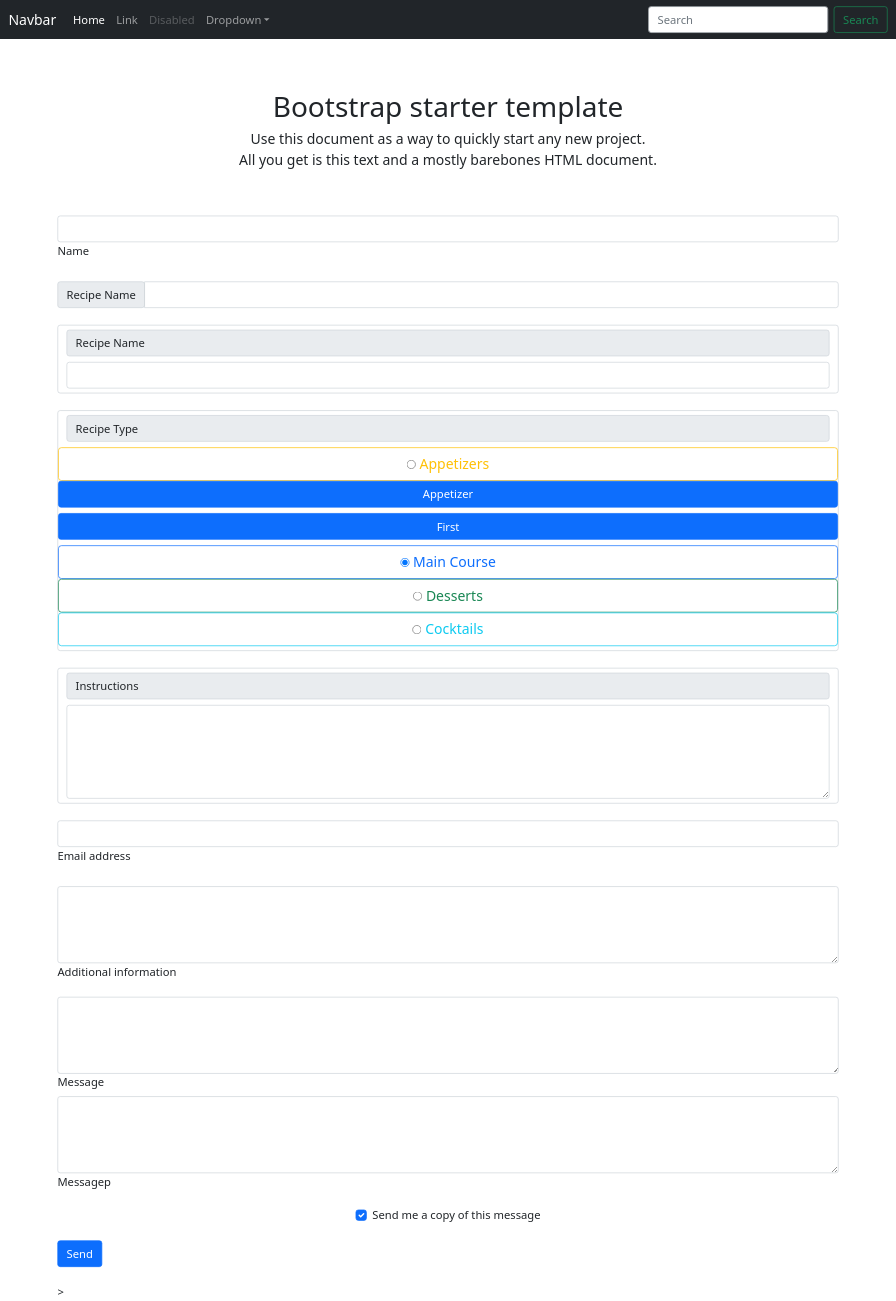
Repository: jerrywthompson/createRecipeWebpageHTML
Page: index.html
The author's editor kept a copy of each file at every save. The page is drawn from the files as they stood at one save, then again after the next save.
The browser window is 1280 px wide. The pictures show the whole page, at 70% of full size.

Above is the page before, as saved 2021-02-23 23:02:48.

### index.html
<!doctype html>
<html lang="en">
    <head>
        <meta charset="utf-8">
        <meta name="viewport" content="width=device-width, initial-scale=1">
        <meta name="description" content="">
        <meta name="author" content="Mark Otto, Jacob Thornton, and Bootstrap contributors">
        <meta name="generator" content="Hugo 0.80.0">
        <title>Starter Template · Bootstrap v5.0</title>

        <link rel="canonical" href="https://getbootstrap.com/docs/5.0/examples/starter-template/">



        <!-- Bootstrap core CSS -->
        <link href="../assets/dist/css/bootstrap.min.css" rel="stylesheet">

        <style>
            .bd-placeholder-img {
                font-size: 1.125rem;
                text-anchor: middle;
                -webkit-user-select: none;
                -moz-user-select: none;
                user-select: none;
            }

            @media (min-width: 768px) {
                .bd-placeholder-img-lg {
                    font-size: 3.5rem;
                }
            }
        </style>


        <!-- Custom styles for this template -->
        <link href="starter-template.css" rel="stylesheet">
    </head>
    <body>

        <nav class="navbar navbar-expand-md navbar-dark bg-dark fixed-top">
            <div class="container-fluid">
                <a class="navbar-brand" href="#">Navbar</a>
                <button class="navbar-toggler" type="button" data-bs-toggle="collapse" data-bs-target="#navbarsExampleDefault" aria-controls="navbarsExampleDefault" aria-expanded="false" aria-label="Toggle navigation">
                    <span class="navbar-toggler-icon"></span>
                </button>

                <div class="collapse navbar-collapse" id="navbarsExampleDefault">
                    <ul class="navbar-nav me-auto mb-2 mb-md-0">
                        <li class="nav-item">
                            <a class="nav-link active" aria-current="page" href="#">Home</a>
                        </li>
                        <li class="nav-item">
                            <a class="nav-link" href="#">Link</a>
                        </li>
                        <li class="nav-item">
                            <a class="nav-link disabled" href="#" tabindex="-1" aria-disabled="true">Disabled</a>
                        </li>
                        <li class="nav-item dropdown">
                            <a class="nav-link dropdown-toggle" href="#" id="dropdown01" data-bs-toggle="dropdown" aria-expanded="false">Dropdown</a>
                            <ul class="dropdown-menu" aria-labelledby="dropdown01">
                                <li><a class="dropdown-item" href="#">Action</a></li>
                                <li><a class="dropdown-item" href="#">Another action</a></li>
                                <li><a class="dropdown-item" href="#">Something else here</a></li>
                            </ul>
                        </li>
                    </ul>
                    <form class="d-flex">
                        <input class="form-control me-2" type="search" placeholder="Search" aria-label="Search">
                        <button class="btn btn-outline-success" type="submit">Search</button>
                    </form>
                </div>
            </div>
        </nav>



        <div class="starter-template text-center py-5 px-3">
            <h1>Bootstrap starter template</h1>
            <p class="lead">Use this document as a way to quickly start any new project.<br> All you get is this text and a mostly barebones HTML document.</p>
        </div>
        <main class="container">
            <div class="input-section">
                <fieldset class="form-group">

                    <form action="test.php" method="post">
                        <!-- Name input -->
                        <div class="form-outline mb-4">
                            <input type="text" name="recipeName" id="form4Example1" class="form-control" />
                            <label class="form-label" for="form4Example1">Name</label>
                        </div>

                        <div class="input-group mb-4">
                            <div class="input-group-prepend">
                                <span class="input-group-text" id="inputGroup-sizing-default">Recipe Name</span>
                            </div>
                            <input type="text" name="notes" class="form-control" aria-label="Default" aria-describedby="inputGroup-sizing-default">
                        </div>

                        <div class="form-control mb-4">
                            <div class="input-group-prepend mb-2">
                                <span class="input-group-text" id="inputGroup-sizing-default">Recipe Name</span>
                            </div>
                            <input type="text" name="notes" class="form-control" aria-label="Default" aria-describedby="inputGroup-sizing-default">
                        </div>

                        <div class="form-control mb-4">
                            <div class="input-group-prepend mb-2">
                                <span class="input-group-text" id="inputGroup-sizing-default">Recipe Type</span>
                            </div>
                            <div class="btn-toolbar row">
                                <label class="btn btn-outline-warning btn-lg">
                                    <input type="radio" name="recipeType" id="appetizers" value="appetizers" autocomplete="off" > Appetizers
                                </label>
                                <button type="button" name="recipeType" id="appetizers" value="appetizers" autocomplete="off" class="btn btn-primary mr-5 ml-3 mb-2"> Appetizer</button>
                                <button type="button" class="btn btn-primary mr-2 mb-2">First</button>

                                <label class="btn btn-outline-primary btn-lg ml-3">
                                    <input type="radio" name="recipeType" id="main_course" value="main_course" autocomplete="off" checked> Main Course
                                </label>
                                <label class="btn btn-outline-success btn-lg">
                                    <input type="radio" name="recipeType" id="desserts" value="desserts" autocomplete="off"> Desserts
                                </label>
                                <label class="btn btn-outline-info btn-lg">
                                    <input type="radio" name="recipeType" id="cocktails" value="cocktails" autocomplete="off"> Cocktails
                                </label>
                            </div>
                        </div>

                        <div class="form-control mb-4">
                            <div class="input-group-prepend mb-2">
                                <span class="input-group-text">Instructions</span>
                            </div>
                            <textarea class="form-control" name="instrucions" id="instrucions" rows="5"></textarea>
                        </div>

                        <!-- Email input -->
                        <div class="form-outline mb-4">
                            <input type="email" id="form4Example2" class="form-control" />
                            <label class="form-label" for="form4Example2">Email address</label>
                        </div>

                        <div class="form-outline mb-4">
                            <textarea class="form-control" id="form6Example7" rows="4"></textarea>
                            <label class="form-label-prepend" >Additional information</label>
                        </div>

                        <div class="form-outline">
                            <textarea class="form-control" id="textAreaExample" rows="4"></textarea>
                            <label class="form-label" for="textAreaExample">Message</label>
                          </div>

                        <!-- Message input -->
                        <div class="form-outline mb-4">
                            <textarea class="form-control" name="comments" id="form4Example3" rows="4"></textarea>
                            <label class="form-label-prepend" for="form4Example3">Messagep</label>
                        </div>

                        <!-- Checkbox -->
                        <div class="form-check d-flex justify-content-center mb-4">
                            <input
                                class="form-check-input me-2"
                                type="checkbox"
                                value=""
                                id="form4Example4"
                                checked
                                />
                            <label class="form-check-label" for="form4Example4">
                                Send me a copy of this message
                            </label>
                        </div>

                        <!-- Submit button -->
                        <button type="submit" class="btn btn-primary btn-block mb-4">Send</button>
                    </form>

</fieldset>>




                    <script src="../assets/dist/js/bootstrap.bundle.min.js"></script>


                    </body>
                    </html>
                    <a href="../flask_db4/flaskblog/templates/create_post.html"></a>

Loaded but not shown: assets/dist/css/bootstrap.min.css (library); starter-template.css (common file); assets/dist/js/bootstrap.bundle.min.js (library)

After the next save:
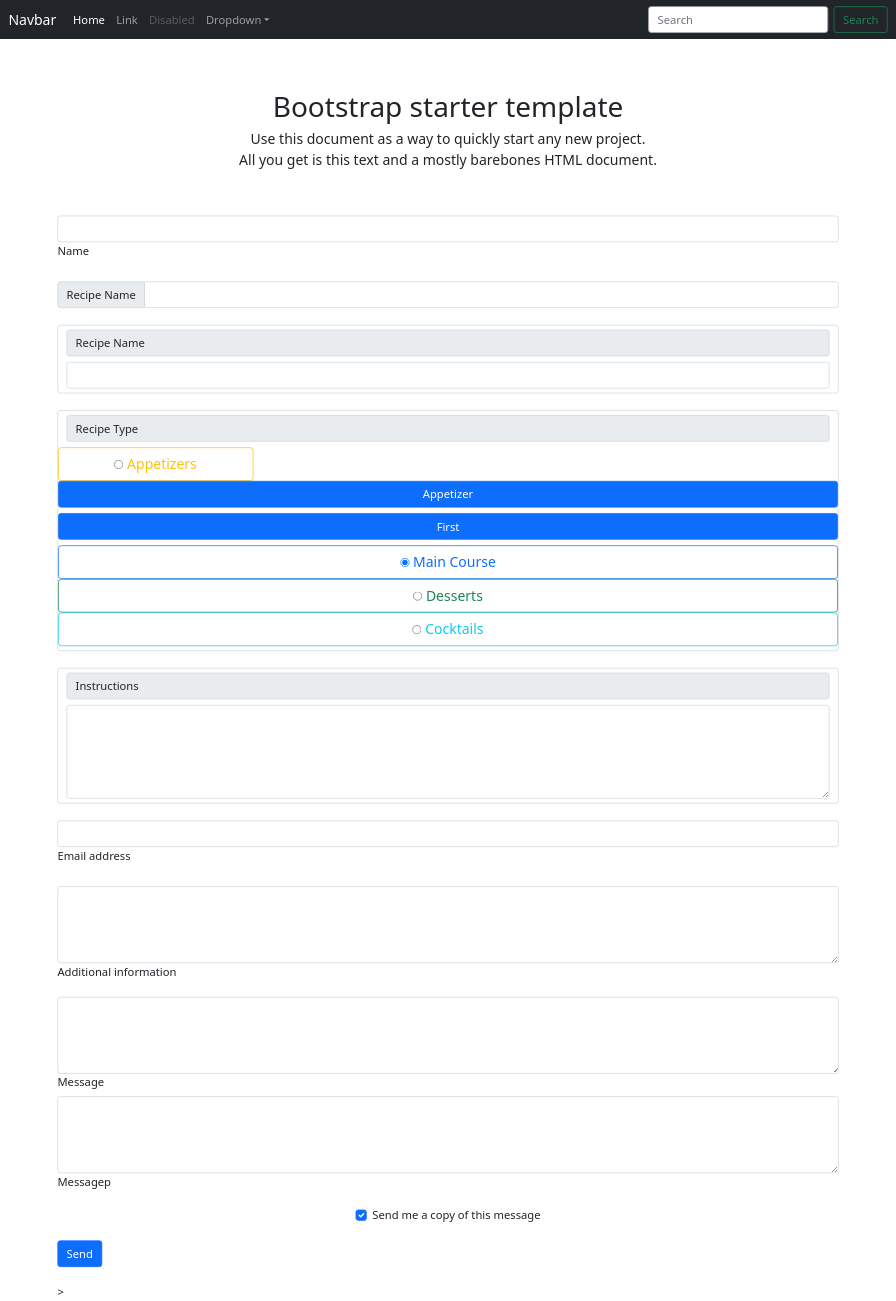
Saved 53 s later.
--- a/index.html
+++ b/index.html
@@ -108,7 +108,7 @@
                                 <span class="input-group-text" id="inputGroup-sizing-default">Recipe Type</span>
                             </div>
                             <div class="btn-toolbar row">
-                                <label class="btn btn-outline-warning btn-lg">
+                                <label class="btn btn-outline-warning btn-lg col-md-3">
                                     <input type="radio" name="recipeType" id="appetizers" value="appetizers" autocomplete="off" > Appetizers
                                 </label>
                                 <button type="button" name="recipeType" id="appetizers" value="appetizers" autocomplete="off" class="btn btn-primary mr-5 ml-3 mb-2"> Appetizer</button>
